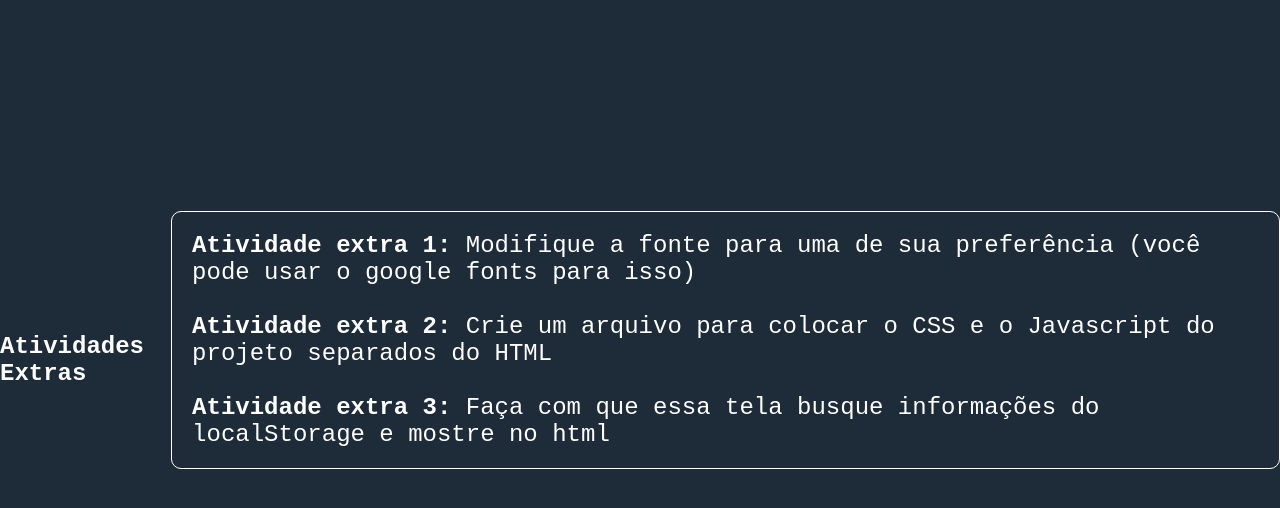
Repository: Gabrielb0rn/login-redes
Page: desafio-extra.html
The author's editor kept a copy of each file at every save. The page is drawn from the files as they stood at one save, then again after a run of saves.
The browser window is 1280 px wide. The pictures show the whole page.

Above is the page before, as saved 2024-09-11 11:01:18.

### desafio-extra.html
<!DOCTYPE html>
<html lang="pt-br">
<head>
    <meta charset="UTF-8">
    <meta name="viewport" content="width=device-width, initial-scale=1.0">
    <title>Senai Login</title>
    <link rel="stylesheet" href="assets/extra.css">
</head>
<body class="center-page">
  <h1>Atividades Extras</h1>
  <div class="containter-betwen">
    <div>

      <p><b>Atividade extra 1:</b> Modifique a fonte para uma de sua preferência (você pode usar o google fonts para isso) </p>
      <br>
      <p><b>Atividade extra 2:</b> Crie um arquivo para colocar o CSS e o Javascript do projeto separados do HTML </p>
      <br>
      <p><b>Atividade extra 3:</b> Faça com que essa tela busque informações do localStorage e mostre no html </p>
    </div>
  </div>
  <script src="assets/extra.js"></script>
</body>
</html>

### assets/extra.css
* {
    margin: 0;
    font-size: 24px;
}

body{
    font-family: 'Courier New', Courier, monospace;
}

.center-page {
    display: flex;
    justify-content: center;
    align-items: center;
    height: 100vh;
    background-color: #1e2b38;
    color: #fff;
}

input {
    background-color: #17212B;
    border: 1px solid #1e2b38;
    color: #fff;
    padding: 7px;
    border-radius: 5px;
}

button {
    background-color: #fff;
    padding: 7px;
    border-radius: 50px;
    color: #000;
    border: 1px solid #444;
    width: 100px;
    cursor: pointer;
}

.btn-transparent {
  background-color: #ffffff00;
  color: #FFF;
  border: none;
  font-weight: 600;
}
.center {
  display: flex;
  justify-content: center;
  align-items: center;
}
.containter-betwen {
  display: flex;
  align-items: flex-end;
  margin-bottom: 40px;
  justify-content: space-between;
  padding: 20px;
  border-radius: 10px;
  border: 1px solid #fff;
}

Loaded but not shown: assets/extra.js (no stored copy; drawn as an empty file)

After the next 3 saves:
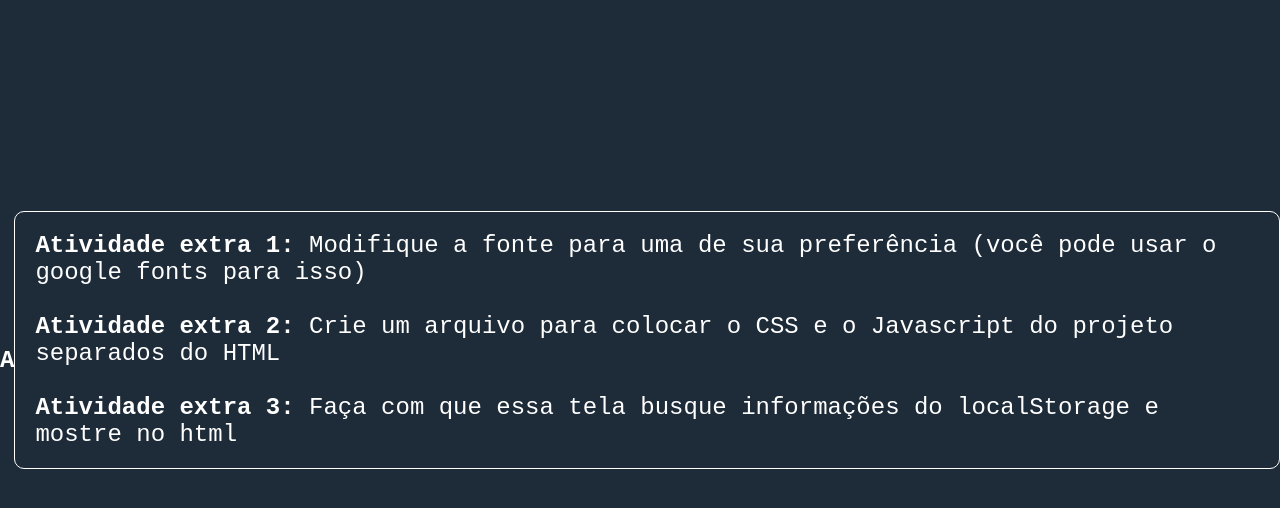
The 3 saves are shown as one change because they came seconds apart.
The last was saved 12 s later.
--- a/desafio-extra.html
+++ b/desafio-extra.html
@@ -7,7 +7,7 @@
     <link rel="stylesheet" href="assets/extra.css">
 </head>
 <body class="center-page">
-  <h1>Atividades Extras</h1>
+  <div><h1>A</h1></div>
   <div class="containter-betwen">
     <div>
 
